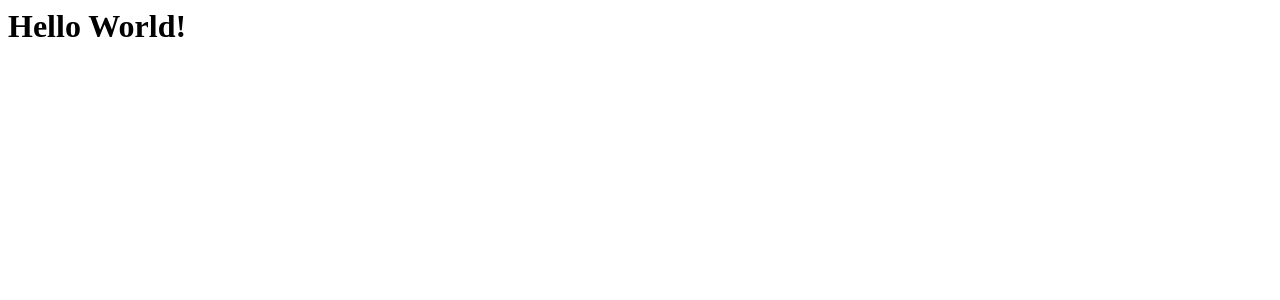
Repository: simonekurtz/simonekurtz.github.io
Page: TEST/index.html
The author's editor kept a record of every edit. The page is drawn from the files as they stood at one moment, then again after the next edit.
The browser window is 1280 px wide. The pictures show the whole page.

Above is the page before.

### TEST/index.html
<html>
    <head>
       <title>Left Hand Training</title>
         <link rel="stylesheet" href="styles.css">
    </head>
    <body>
        <div class="header">
            <h1>
                Hello World!
            </h1>
        </div>
    </body>
</html>

### TEST/styles.css
.parallax {
  perspective: 1px;
  height: 100vh;
  overflow-x: hidden;
  overflow-y: auto;
}

.parallax__group {
  position: relative;
  height: 100vh;
  transform-style: preserve-3d;
}


.parallax__layer {
  position: absolute;
  top: 0;
  right: 0;
  bottom: 0;
  left: 0;
}
.parallax__layer--base {
  transform: translateZ(0);
}
.parallax__layer--back {
  transform: translateZ(-1px);
}

After the next edit:
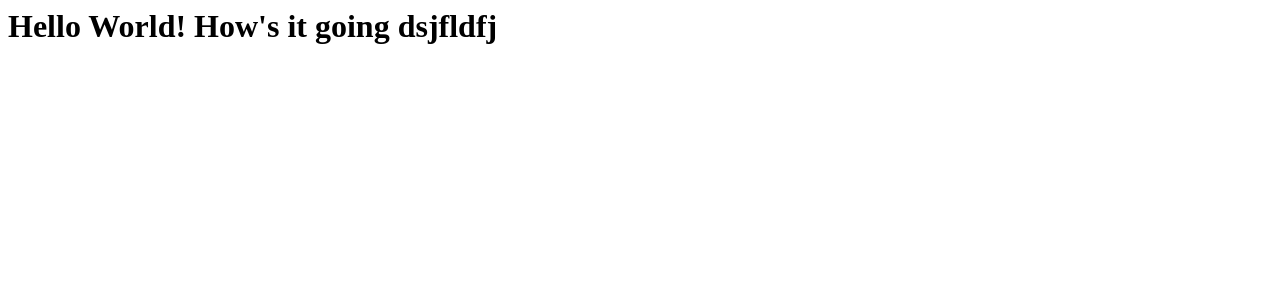
The edit:
--- a/TEST/index.html
+++ b/TEST/index.html
@@ -6,7 +6,7 @@
     <body>
         <div class="header">
             <h1>
-                Hello World!
+                Hello World! How's it going dsjfldfj
             </h1>
         </div>
     </body>
